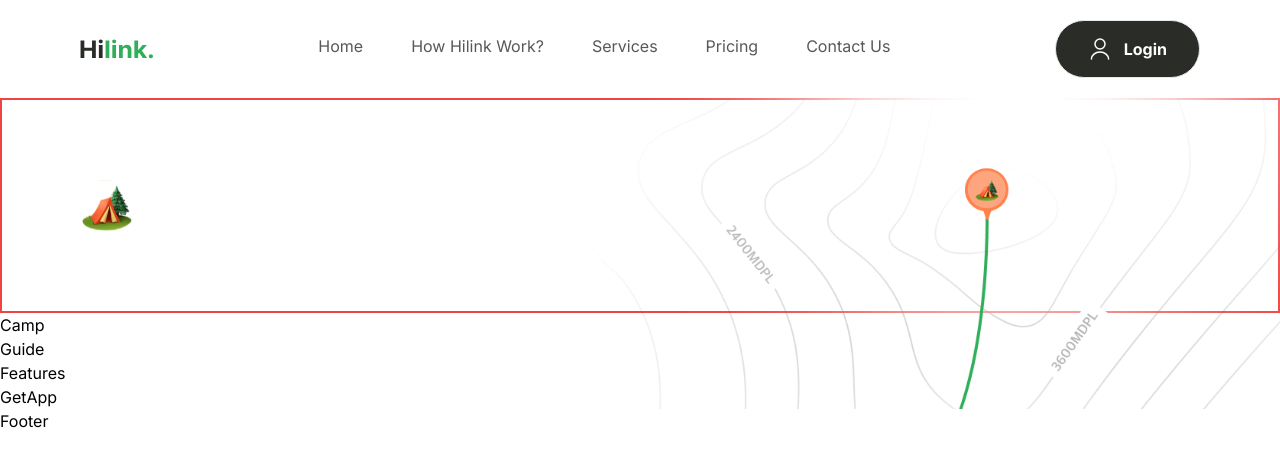
Repository: MikeeBuilds/camp
Page: /
These files come from the project's save history. The page is drawn as it stood at one moment and after a run of saves; the edit follows.
The browser window is 1280 px wide. The pictures show the whole page.
The project was rebuilt for these pictures with package versions that can differ from the ones it lists, and the page was loaded fresh each time. The framework's server and built-in components were replaced by stand-ins that run in the browser. Also part of the build but not shown: next.config.js.

Above is the page before, as saved 2023-11-24 20:40:37.

### app/layout.tsx
import type { Metadata } from 'next'

import './globals.css'
import Navbar from '@/components/Navbar'
import Footer from '@/components/Footer'


export const metadata: Metadata = {
  title: 'Travel',
  description: 'Travel UI/UX App for camping',
}

export default function RootLayout({
  children,
}: {
  children: React.ReactNode
}) {
  return (
    <html lang="en">
      <body className="">
        <Navbar/>
        <main className='relative overflow-hidden'>
        {children}
        </main>
        <Footer/>
      </body>
    </html>
  )
}

### app/page.tsx
import Camp from "@/components/Camp";
import Features from "@/components/Features";
import GetApp from "@/components/GetApp";
import Guide from "@/components/Guide";
import Hero from "@/components/Hero";

export default function Home() {
  return (
    <>
      <Hero/>
      <Camp/>
      <Guide/>
      <Features/>
      <GetApp/>
    </>
  )
}

### components/Navbar.tsx
import { NAV_LINKS } from '@/constants'
import Image from 'next/image'
import Link from 'next/link'
import Button from './Button'

const Navbar = () => {
    return (
        <nav className="flexBetween max-container padding-container relative z-30 py-5">
            <Link href="/">
                <Image src="/hilink-logo.svg" alt="logo" width={74} height={29} />
            </Link>

            <ul className="hidden h-full gap-12 lg:flex">
                {NAV_LINKS.map((link) => (
                    <Link href={link.href} key={link.key} className="regular-16 text-gray-50 flexCenter cursor-pointer pb-1.5 transition-all hover:font-bold">
                        {link.label}
                    </Link>
                ))}
            </ul>

            <div className='lg:flexCenter hidden'>
                <Button
                    type="button"
                    title="Login"
                    icon="/user.svg"
                    variant="btn_dark_green"
                />
            </div>

            <Image
                src="menu.svg"
                alt='menu'
                width={32}
                height={32}
                className='inline-block cursor-pointer lg:hidden'
            />
        </nav>
    )
}

export default Navbar

### components/Hero.tsx
import Image from 'next/image'
import React from 'react'

const Hero = () => {
  return (
    <section className='border-2 border-red-500 max=container padding-container flex flex-col gap-20 py-10 pb-32 md:gap-28 lg:py-20 xl:flex-row'>
      <div className='hero-map'/>

      {/* LEFT SIDE */}

      <div className='relative z-20 flex flex-1 flex-col xl:w-1/2'>
          <Image src="/camp.svg" alt='camp' height={50} width={50}/>
      </div>
    </section>
  )
}

export default Hero

### components/Button.tsx
import Image from "next/image";

type ButtonProps = {
    type: 'button' | "submit";
    title: string;
    icon?: string;
    variant: 'btn_dark_green'
}


const button = ({ type, title, icon, variant}: ButtonProps) => {
  return (
    <button
        className={`flexCenter gap-3 rounded-full border ${variant}`}
        type={type}
    >
        {icon && <Image src={icon} alt={title} width={24} height={24}/>}
        <label className="bold-16 whitespace-nowrap">{title}</label>
    </button>
  )
}

export default button

Loaded but not shown: app/globals.css (common file); components/Footer.tsx (common file); components/Camp.tsx (common file); components/Features.tsx (common file); components/GetApp.tsx (common file); components/Guide.tsx (common file); constants/index.ts (common file); tailwind.config.ts (common file)

After the next 2 saves:
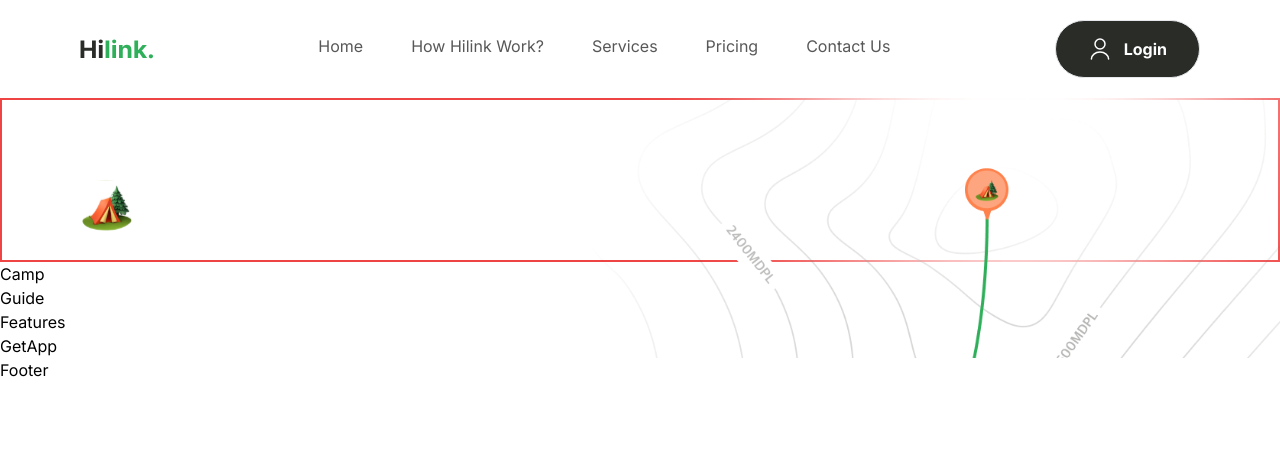
The 2 saves are shown as one change because they came seconds apart.
The last was saved 16 s later.
--- a/components/Hero.tsx
+++ b/components/Hero.tsx
@@ -9,7 +9,7 @@ const Hero = () => {
       {/* LEFT SIDE */}
 
       <div className='relative z-20 flex flex-1 flex-col xl:w-1/2'>
-          <Image src="/camp.svg" alt='camp' height={50} width={50}/>
+          <Image src="/camp.svg" alt='camp' height={50} width={50} className='absolute'/>
       </div>
     </section>
   )
